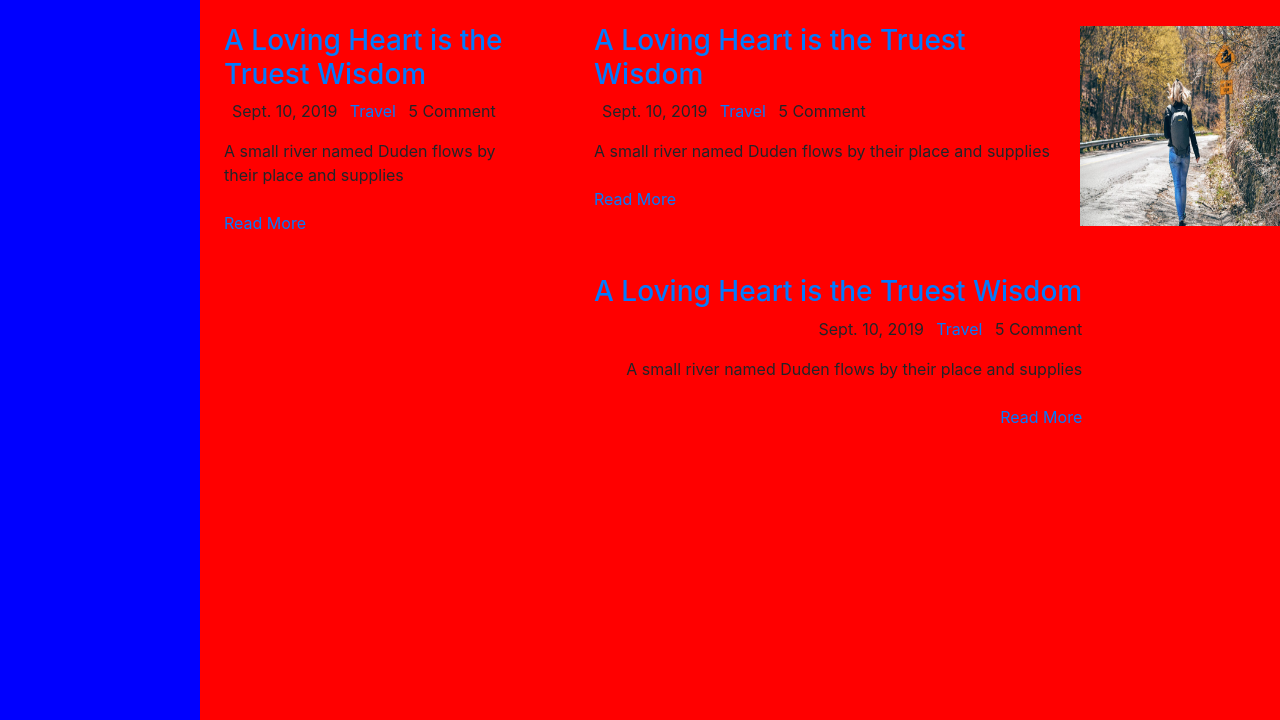
Repository: tts2610/GoogleNews
Page: index.html
These files come from the project's save history. The page is drawn as it stood at one moment and after the next save; the edit follows.
The browser window is 1280 px wide. The pictures show the whole page.
The page's requests for data from a server got no answer.

Above is the page before, as saved 2020-05-20 13:38:45.

### index.html
<!DOCTYPE html>
<html lang="en">

<head>
    <meta charset="UTF-8">
    <meta name="viewport" content="width=device-width, initial-scale=1.0">
    <title>Document</title>
    <link rel="stylesheet" href="https://maxcdn.bootstrapcdn.com/bootstrap/4.4.1/css/bootstrap.min.css">

    <!-- jQuery library -->
    <script src="https://ajax.googleapis.com/ajax/libs/jquery/3.5.1/jquery.min.js"></script>

    <!-- Popper JS -->
    <script src="https://cdnjs.cloudflare.com/ajax/libs/popper.js/1.16.0/umd/popper.min.js"></script>

    <!-- Latest compiled JavaScript -->
    <script src="https://maxcdn.bootstrapcdn.com/bootstrap/4.4.1/js/bootstrap.min.js"></script>
    <link rel="stylesheet" href="css/style.css">
</head>

<body>
    <div class="myContainer">
        <div class="sidenav"></div>
        <div class="content">
            <div class="row">
                <div class="col-4 d-flex">
                    <div class="blog-entry ftco-animate active">
                        <div class="carousel-blog owl-carousel">
                            <div class="item">
                                <a href="single.html" class="img" style="background-image: url(images/image_1.jpg);"></a>
                            </div>
                            <div class="item">
                                <a href="single.html" class="img" style="background-image: url(images/image_7.jpg);"></a>
                            </div>
                            <div class="item">
                                <a href="single.html" class="img" style="background-image: url(images/image_8.jpg);"></a>
                            </div>
                        </div>
                        <div class="text p-4">
                            <h3 class="mb-2"><a href="single.html">A Loving Heart is the Truest Wisdom</a></h3>
                            <div class="meta-wrap">
                                <p class="meta">
                                    <span><i class="icon-calendar mr-2"></i>Sept. 10, 2019</span>
                                    <span><a href="single.html"><i class="icon-folder-o mr-2"></i>Travel</a></span>
                                    <span><i class="icon-comment2 mr-2"></i>5 Comment</span>
                                </p>
                            </div>
                            <p class="mb-4">A small river named Duden flows by their place and supplies</p>
                            <p><a href="#" class="btn-custom">Read More <span class="ion-ios-arrow-forward"></span></a></p>
                        </div>
                    </div>
                </div>
                <div class="col-8 d-flex">
                    <div class="row">
                        <div class="col-md-12">
                            <div class="blog-entry ftco-animate d-md-flex align-items-center">
                                <div class="text text-2 p-4">
                                    <h3 class="mb-2"><a href="single.html">A Loving Heart is the Truest Wisdom</a></h3>
                                    <div class="meta-wrap">
                                        <p class="meta">
                                            <span><i class="icon-calendar mr-2"></i>Sept. 10, 2019</span>
                                            <span><a href="single.html"><i class="icon-folder-o mr-2"></i>Travel</a></span>
                                            <span><i class="icon-comment2 mr-2"></i>5 Comment</span>
                                        </p>
                                    </div>
                                    <p class="mb-4">A small river named Duden flows by their place and supplies</p>
                                    <p><a href="#" class="btn-custom">Read More <span class="ion-ios-arrow-forward"></span></a></p>
                                </div>
                                <div class="news-img"><img src="img/image_8.jpg" width="200" height="200"></div>
                            </div>
                        </div>
                        <div class="col-md-12">
                            <div class="blog-entry ftco-animate d-md-flex align-items-center">
                                <a href="single.html" class="img img-2 order-md-last" style="background-image: url(images/image_8.jpg);"></a>
                                <div class="text text-2 text-md-right p-4">
                                    <h3 class="mb-2"><a href="single.html">A Loving Heart is the Truest Wisdom</a></h3>
                                    <div class="meta-wrap">
                                        <p class="meta">
                                            <span><i class="icon-calendar mr-2"></i>Sept. 10, 2019</span>
                                            <span><a href="single.html"><i class="icon-folder-o mr-2"></i>Travel</a></span>
                                            <span><i class="icon-comment2 mr-2"></i>5 Comment</span>
                                        </p>
                                    </div>
                                    <p class="mb-4">A small river named Duden flows by their place and supplies</p>
                                    <p><a href="#" class="btn-custom">Read More <span class="ion-ios-arrow-forward"></span></a></p>
                                </div>
                            </div>
                        </div>
                    </div>
                </div>
            </div>


        </div>
    </div>

    <script src="js/script.js"></script>
</body>

</html>

### css/style.css
body {
    margin: 0
}

.myContainer {
    display: flex;
    justify-content: start;
}

.sidenav {
    height: 100vh;
    width: 200px;
    float: left;
    position: relative;
    background-color: blue;
}

.content {
    height: 100vh;
    width: calc(100% - 200px);
    float: right;
    position: relative;
    background-color: red;
    overflow-y: scroll;
}

### js/script.js
let newsList = [];
const apiKey = "2dc86bcdc7184b17b45b74b30858f75a"
const loadNews = async() => {
    let url = `https://newsapi.org/v2/top-headlines?country=us&apiKey=${apiKey}`;
    let data = await fetch(url);
    let result = await data.json();

    console.log("what we get here", result);
}

loadNews();

After the next save:
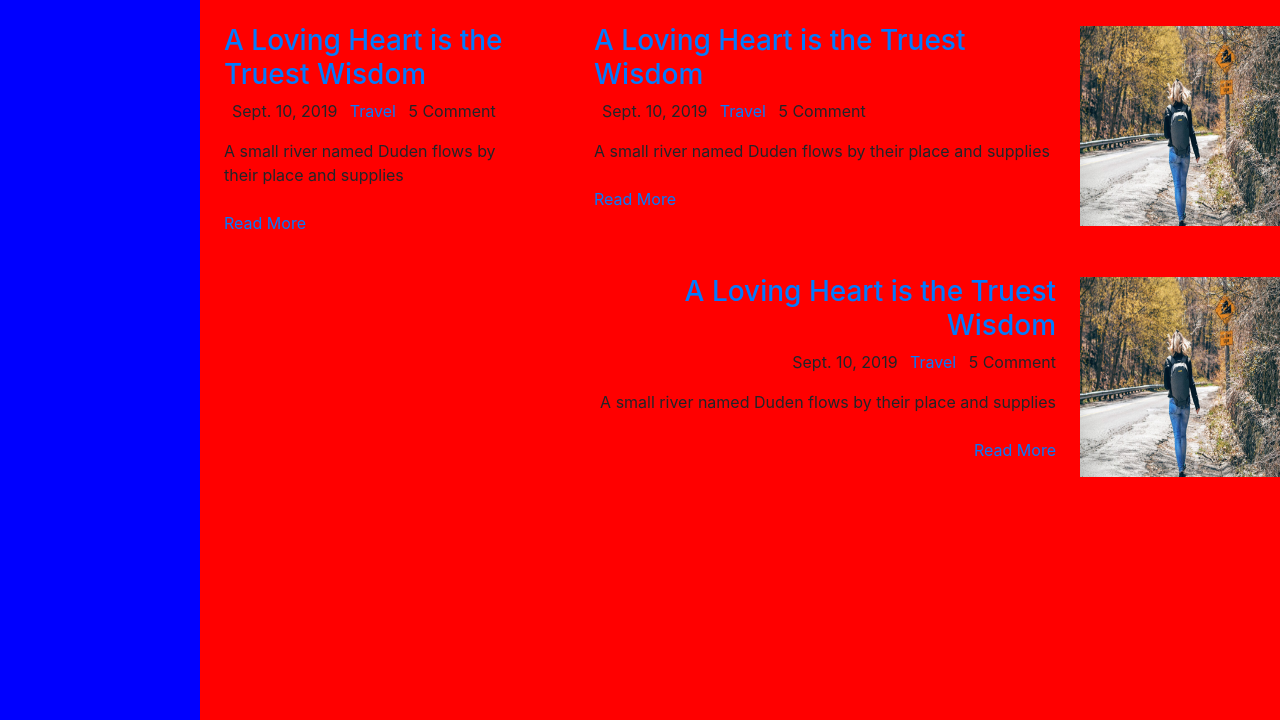
Saved 52 s later.
--- a/index.html
+++ b/index.html
@@ -71,7 +71,6 @@
                         </div>
                         <div class="col-md-12">
                             <div class="blog-entry ftco-animate d-md-flex align-items-center">
-                                <a href="single.html" class="img img-2 order-md-last" style="background-image: url(images/image_8.jpg);"></a>
                                 <div class="text text-2 text-md-right p-4">
                                     <h3 class="mb-2"><a href="single.html">A Loving Heart is the Truest Wisdom</a></h3>
                                     <div class="meta-wrap">
@@ -84,6 +83,7 @@
                                     <p class="mb-4">A small river named Duden flows by their place and supplies</p>
                                     <p><a href="#" class="btn-custom">Read More <span class="ion-ios-arrow-forward"></span></a></p>
                                 </div>
+                                <div class="news-img"><img src="img/image_8.jpg" width="200" height="200"></div>
                             </div>
                         </div>
                     </div>
